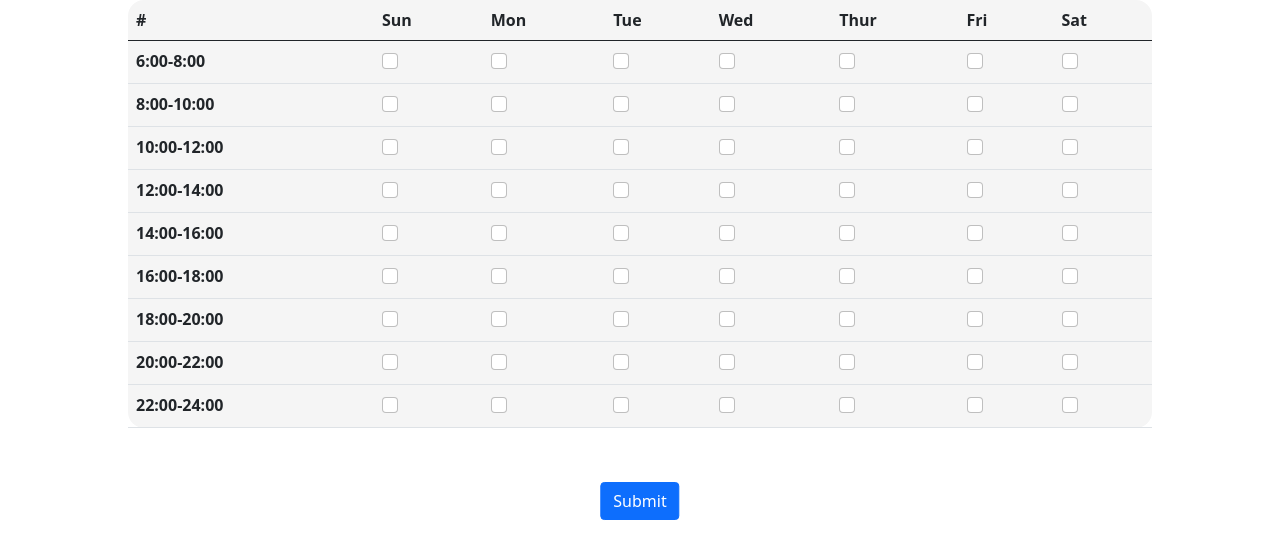
Repository: xich4932/fuxiguanli
Page: index_main.html
These files come from the project's save history. The page is drawn as it stood at one moment and after the next save; the edit follows.
The browser window is 1280 px wide. The pictures show the whole page.

Above is the page before, as saved 2021-06-21 22:07:08.

### index_main.html
<!doctype html>
<html lang="en">
  <head>
    <!-- Required meta tags -->
    <meta charset="utf-8">
    <meta name="viewport" content="width=device-width, initial-scale=1">

    <!-- Bootstrap CSS -->
    <link href="https://cdn.jsdelivr.net/npm/bootstrap@5.0.1/dist/css/bootstrap.min.css" rel="stylesheet" integrity="sha384-+0n0xVW2eSR5OomGNYDnhzAbDsOXxcvSN1TPprVMTNDbiYZCxYbOOl7+AMvyTG2x" crossorigin="anonymous">
    <script src="https://cdnjs.cloudflare.com/ajax/libs/jquery/3.6.0/jquery.min.js" integrity="sha512-894YE6QWD5I59HgZOGReFYm4dnWc1Qt5NtvYSaNcOP+u1T9qYdvdihz0PPSiiqn/+/3e7Jo4EaG7TubfWGUrMQ==" crossorigin="anonymous" referrerpolicy="no-referrer"></script>

    <link rel="stylesheet" href="style.css">
    <title>Hello, world!</title>
  </head>
  <body onload="load_table()">

    <!-- Optional JavaScript; choose one of the two! -->

    <!-- Option 1: Bootstrap Bundle with Popper -->
    <script src="https://cdn.jsdelivr.net/npm/bootstrap@5.0.1/dist/js/bootstrap.bundle.min.js" integrity="sha384-gtEjrD/SeCtmISkJkNUaaKMoLD0//ElJ19smozuHV6z3Iehds+3Ulb9Bn9Plx0x4" crossorigin="anonymous"></script>

    <!-- Option 2: Separate Popper and Bootstrap JS -->
    <!--
    <script src="https://cdn.jsdelivr.net/npm/@popperjs/core@2.9.2/dist/umd/popper.min.js" integrity="sha384-IQsoLXl5PILFhosVNubq5LC7Qb9DXgDA9i+tQ8Zj3iwWAwPtgFTxbJ8NT4GN1R8p" crossorigin="anonymous"></script>
    <script src="https://cdn.jsdelivr.net/npm/bootstrap@5.0.1/dist/js/bootstrap.min.js" integrity="sha384-Atwg2Pkwv9vp0ygtn1JAojH0nYbwNJLPhwyoVbhoPwBhjQPR5VtM2+xf0Uwh9KtT" crossorigin="anonymous"></script>
    -->

    <div id="print_table" class="table_style">
      <table class="table" id = "this_table">
        <thead>
          <tr>
            <th scope="col">#</th>
            <th scope="col">Sun</th>
            <th scope="col">Mon</th>
            <th scope="col">Tue</th>
            <th scope="col">Wed</th>
            <th scope="col">Thur</th>
            <th scope="col">Fri</th>
            <th scope="col">Sat</th>
          </tr>
        </thead>
        <tbody id="table_body">

        </tbody>
        </table>
    </div>
    <!--
    <div>
      <div id="course_table" >
        <table class="table" id = "add_course_table">
          <thead>
            <tr>
              <th scope="col">#</th>
              <th scope="col">Course</th>
              <th scope="col">Final Date</th>
              <th scope="col">Number of Course</th>
            </tr>
          </thead>
          <tbody id="course">

            <tr>
              <th scope="row">1</th>
              <td>
                <input class="form-control" type="text" placeholder="input course name" aria-label="default input example" id="course_0">
              </td>
              <td>
                <input type="date" id="final_0">
              </td>
              <td>
                <input type="number" id="num_0">
              </td>
            </tr>

          </tbody>
          </table>
    </div>
    </div>
    -->

    <div>
      <div >
        <a class="btn btn-primary" href="class_main.html" style="visibility:hidden;" role="button" id="table_next">Next</a>
      </div>
    </div>

    <div class="position-absolute bottom-7 start-50 translate-middle-x">
      <button type="button" class="btn btn-primary" onclick="checking()">Submit</button>
    </div>
    <!--
    <div class="position-absolute bottom- start-50 translate-middle-x">
      <button type="button" class="btn btn-primary" id="addbtn" onclick="add_course()">Add new course</button>

    </div>
    <div class="position-absolute bottom-0 start-50 translate-middle-x">

      <button type="button" class="btn btn-primary" id="crtbtn" onclick="create()">create</button>

      <a class="download hide" id="downloadLink" download="event.ics">⇩ Download</a>

      <a class="btn btn-primary" style="display: none;" href="#" role="button" id="downbtn" download="event.ics" >download</a>
     </div>
    -->
     <script type="text/javascript" src="script.js" defer="true"></script>
  </body>
</html>

### style.css

.vertical-center {
    margin: 0;
    position: absolute;
    top: 50%;
    -ms-transform: translateY(-50%);
    transform: translateY(-50%);
}
/*
.float{
	position:fixed;
	width:60px;
	height:60px;
	bottom:40px;
	right:40px;
	background-color:#0C9;
	color:#FFF;
	border-radius:50px;
	text-align:center;
	box-shadow: 2px 2px 3px #999;
}
*/
.table_style{
	background-color: whitesmoke;
	width: 80%;
	height: 100%;
	margin: auto;
	border-radius: 1pc;
	border-color: teal;
}

### script.js
function load_table(){
    var table = document.getElementById("table_body")
    //table.innerHTML;
    str = ''
    count = 0;
    window_time = ["6:00-8:00", "8:00-10:00", "10:00-12:00", "12:00-14:00", "14:00-16:00", "16:00-18:00", "18:00-20:00", "20:00-22:00", "22:00-24:00"]
    for(r = 0; r < 9; r++){
        str += '<th scope="row">'+window_time[r]+'</th>'
        for(i = 0; i < 7; i++){
            str += '<td><div class="form-check"><input class="form-check-input" type="checkbox" value="" id="check'+count+'"><label class="form-check-label" for="window'+count+'"></label></div></td>'
            count ++
        }
        str += '</tr>'
    }
    //var arr = [1,2,3,4]
    //test.apply(this ,arr)
    //console.log(arr.join())
    table.innerHTML += str
};

var week = []
function checking(){
    for(var f = 0; f < 7; f++){
        var temp_arr = []
        for( i = f; i <63; i+=7 ){
            if(document.getElementById('check' + String(i)).checked == true){
                console.log(i)
                temp_arr.push(i)
            }
        }
        week.push(temp_arr)
    }
    console.log(week)
    document.getElementById("table_next").style.visibility = "visible"
}

var total = 1;
//test
week.push([0])
week.push([5,8])
week.push([])
week.push([])
week.push([])
week.push([])
week.push([])


function add_course(){
    add = document.getElementById("course");
    str = '<tr><th scope="row">'+ (total+1)+'</th><td><input class="form-control" type="text" placeholder="input course name" aria-label="default input example" id="course_'+total+'"></td><td><input type="date" id="final_'+total+'"></td><td><input type="number" id="num_'+total+'"></td></tr>'
    total += 1
    $('#add_course_table tr:last').after(str);
}

function printing(){
    console.log(document.getElementById('final_date1').value)
    console.log(document.getElementById('num_course1').value)
    console.log(document.getElementById('course_1').value)

}

function calLastDay(month, year){
    if(month == 1 || month == 3 || month == 5 || month == 7 || month == 8 || month == 10 | month == 12 ){
        return 31;
    }else if(month == 4 || month == 6 || month == 9 || month == 11){
        return 30;
    }else{
        if(year % 4) return 28;
        if(!(year % 4) && year % 100) return 29;
        if(year % 100 && !(year % 400)) return 28
        else return 29
    }
}


var final_arr=[]; // final date
var course_arr = []; //course name
var num_arr = [] //number of topic of final for review
var time_start = []//start day of
var time_end = []//
var exclude_final = [] // exclude from review days
var exclude_str = "" //for RRULE
var icsFile = null;
var event_str = ""
var until = []
var window_start = ""
var window_end = ""
var window_str = ""

function create() {
    for(var i = 0; i < total; i++){
        final_arr.push(document.getElementById("final_"+String(i)).value)
        num_arr.push(document.getElementById("num_"+String(i)).value)
        course_arr.push(document.getElementById("course_"+String(i)).value)
    }
   console.log(final_arr.join())
   console.log(course_arr.join())
   console.log(num_arr.join())
    total *= 2;
    for(var i = 0; i < total; i+=2){
        var day_before = final_arr[i].substring(0, 8)
        var day = final_arr[i].substring(8,10) - 1
        if(parseInt(final_arr[i].substring(8,10)) == 1){
            var temp_day_before = day_before
            var day_before = final_arr[i].substring(5,7) - 1
            day = calLastDay(parseInt(final_arr[i].substring(5,7))-1 ,parseInt(final_arr[i].substring(0,4)))
            if(day_before < 10){
                day_before = temp_day_before.substring(0, 5) + '0' + String(day_before) + '-'
            }
        }else{
            if(day < 10){
                day = '0' + String(day)
            }else{
                day = final_arr[i].substring(8,10) - 1
            }
        }
        final_arr.splice(i, 0, day_before + day)
        //console.log(final_arr.join())
    }
    //total /= 2
    console.log(final_arr.join())
    //total *= 2
    final_rearrange()
    ret_window()
    review_windows()
    automator()
   createEvent()
   //makeIcsFile()
   var ready = document.getElementById("downbtn")
   ready.href = makeIcsFile()
   document.getElementById("downbtn").style.visibility = "visible"
}
/*
function exdate_working(){
    var temp_size = total / 2
    for(var t =0; t < total; t+=2){
        var str = ""
        str = String(final_arr[t].substring(0,4)) + String(final_arr[t].substring(5,7)) + String(final_arr[t].substring(8)) + 'T' + "000000"
        time_start.push(str)
        console.log("im in func")
    }
}
 */
/*
function time_to_start(){
   // console.log(final_arr.join())
    for(var t =0; t < total; t+=2){
        var str = ""
        str = String(final_arr[t].substring(0,4)) + String(final_arr[t].substring(5,7)) + String(final_arr[t].substring(8)) + 'T' + "000000"
        time_start.push(str)
        console.log("im in func")
    }
    //console.log(time_start.join())
}

function time_to_end(){
    //console.log(final_arr.join())
    for(var t =1; t <= total; t+=2){
        var str = ""
        str = String(final_arr[t].substring(0,4)) + String(final_arr[t].substring(5,7)) + String(final_arr[t].substring(8)) + 'T' + "235959"
        time_end.push(str)
        console.log("im in fund")
    }
}
 */

/*

 */
function final_rearrange(){
    for(var t =0; t < total ; t++){
        var temp_str = String(final_arr[t].substring(0,4)) + String(final_arr[t].substring(5,7)) + String(final_arr[t].substring(8)) + 'T' + "000000"
        if(t % 2){
            final_arr.push(temp_str)
        }
        exclude_str += temp_str
        exclude_str +=    ','
    }
    //console.log(str)
    //console.log(final_formatted.join())
}
/*
 *  store the time of windows
 *
 */
function ret_window(num){
    if(num / 7 == 0){
        window_start = "060000"
        window_end = "080000"
    }else if(num / 7 == 1){
        window_start = "080000"
        window_end = "100000"
    }else if(num / 7 == 2){
        window_start = "100000"
        window_end = "120000"
    }else if(num / 7 == 3){
        window_start = "120000"
        window_end = "140000"
    }else if(num / 7 == 4){
        window_start = "140000"
        window_end = "160000"
    }else if(num / 7 == 5){
        window_start = "160000"
        window_end = "180000"
    }else if(num / 7 == 6){
        window_start = "180000"
        window_end = "200000"
    }else if(num / 7 == 7){
        window_start = "200000"
        window_end = "220000"
    }else if(num / 7 == 8){
        window_start = "220000"
        window_end = "240000"
    }
}

function review_windows(){
    var today = new Date()
    for(var d = 0; d < total; d++){
        //window_str =
        time_start.push(String(today.getFullYear()) + String(today.getMonth()+1) + String(today.getDate()) + "T" + window_start)
        time_end.push(String(today.getFullYear()) + String(today.getMonth()+1) + String(today.getDate()) + "T" + window_end)
    }
}

/*
the final day and the days before final is reserved
*/
//var week = []
function calNextDay(month, year, day){
    if(month == 1 || month == 3 || month == 5 || month == 7 || month == 8 || month == 10 | month == 12 ){
        if(day + 1 > 31) return 1;
      //  else return day + 1;
    }else if(month == 4 || month == 6 || month == 9 || month == 11){
        if(day + 1 > 30) return 1;
     //   else return day + 1;
    }else{
        if(year % 4){
            if(day + 1 > 28) return 1;
          //  else return day + 1;
        } //return 28;
        if(!(year % 4) && year % 100){
            if(day + 1 > 29) return 1;
          //  else return day + 1;
        } //return 29; //leap month
        if(year % 100 && !(year % 400)){
            if(day + 1 > 28) return 1;
          //  else return day + 1;
        } //return 28
        else{
            if(day + 1 > 29) return 1;
          //  else return day + 1;
        } //return 29 //leap month
    }
    return day + 1
}



function automator(){
    var today = new Date()
    var sizer = total / 2;
    var temp_event
    console.log(today.getFullYear(), today.getMonth() +1, today.getDate())
    //document.getElementById("")
    time_start = String(today.getFullYear()) + String(today.getMonth()+1) + String(today.getDate()) + 'T000000'
    var weekday = translate_week((today.getDay() + 1) % 7 )
    for(var g = 0; g < sizer; g++){
        event_str += createEvent(course_arr[g], time_start[g], time_end[g] ,  until[g], translate_week(today.getDay()%7) )
    }
}


//return day in code
function translate_week(temp_week){
    switch (temp_week){
        case 0:
            return "SU"
            break;
        case 1:
            return "MO"
            break;
        case 2:
            return "TU"
            break;
        case 3:
            return "WE"
            break;
        case 0:
            return "TH"
            break;
        case 1:
            return "FR"
            break;
        case 2:
            return "SA"
            break;
        default:
            return "MO"
            break;
    }

}


//writing ICS rule

function createEvent(event_name, start_time, end_time, get_until, r_week) {
    for(var i = 0; i < time_start.length; i++){
       event_str += "BEGIN:VEVENT\n" +
       "UID:" +
       Math.random().toString(36).substring(2) +
       "\n" +
       "TZID:Asia/Shanghai\n" +
       "DTSTART;VALUE=DATE:" +
       //time_start[i] +
       "\n" +
       "DTEND;VALUE=DATE:" +
      // time_end[i] +
       "\n" +
       "SUMMARY:" +
      // course_arr[i] +
       "\n" +
       "DESCRIPTION:" +
       "review for "+ course_arr[i] +
       "\n" +
       "BEGIN:VALARM\n" +
       "TRIGGER:-PT10M\n" +
       "ACTION:DISPLAY" +
       "RRULE: FREQ=WEEKLY; WKST=SUN; BYDAY= " + r_week + "EXDATE="+ exclude_str +
       "\n" +
       "END:VEVENT\n";
    }
    return event_str
}

function makeIcsFile(date, summary, description) {
    //event_str =
    //console.log("eventstr: ", event_str)
    var test =
      "BEGIN:VCALENDAR\n" +
      "CALSCALE:GREGORIAN\n" +
      "METHOD:PUBLISH\n" +
      "PRODID:-//Test Cal//EN\n" +
      "VERSION:2.0\n";
     // console.log(event_str)
      test += event_str;

      test += "END:VCALENDAR";
    ///console.log(test)
    var data = new File([test], { type: "text/plain" });

    // If we are replacing a previously generated file we need to
    // manually revoke the object URL to avoid memory leaks.
    if (icsFile !== null) {
      window.URL.revokeObjectURL(icsFile);
    }

    icsFile = window.URL.createObjectURL(data);

    return icsFile;
}

After the next save:
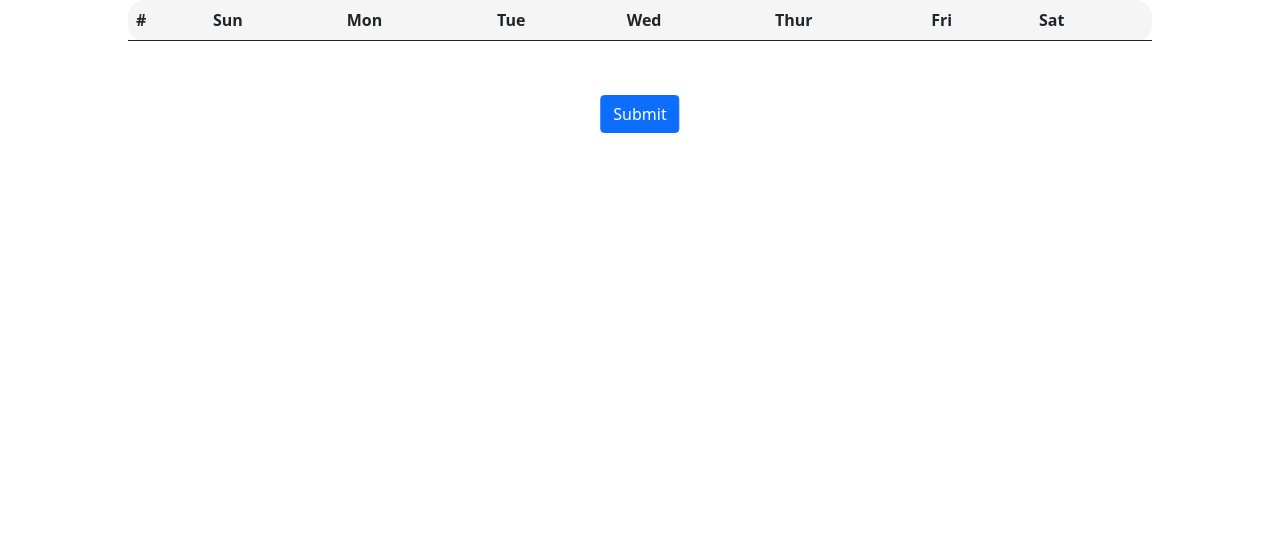
Console error: SyntaxError: Unexpected token ')'
Saved 20 min 3 s later.
--- a/script.js
+++ b/script.js
@@ -59,16 +59,25 @@
 
 }
 
-function calLastDay(month, year){
-    if(month == 1 || month == 3 || month == 5 || month == 7 || month == 8 || month == 10 | month == 12 ){
-        return 31;
-    }else if(month == 4 || month == 6 || month == 9 || month == 11){
-        return 30;
+function cal_day(day, month, year){
+    if(day != 1){
+        day -= 1
+        if(day < 10){
+            return String(year)+String(month)+'0'+String(day)
+        }else{
+            return String(year)+String(month)+String(day)
+        }
     }else{
-        if(year % 4) return 28;
-        if(!(year % 4) && year % 100) return 29;
-        if(year % 100 && !(year % 400)) return 28
-        else return 29
+        if(month == 1 || month == 2 || month == 4 || month == 6 || month == 8 || month == 9 || month == 11){
+            month = (month - 1)%12
+            return String(year) + String(month) + "31"
+        }else if(month == 3){
+            month = 2;
+            if()
+        }else{
+            month = (month - 1)%12
+            return String(year) + String(month) + "30"
+        }
     }
 }
 
@@ -86,6 +95,8 @@
 var window_start = ""
 var window_end = ""
 var window_str = ""
+var before_final = []
+//var final = []
 
 function create() {
     for(var i = 0; i < total; i++){
@@ -98,24 +109,7 @@
    console.log(num_arr.join())
     total *= 2;
     for(var i = 0; i < total; i+=2){
-        var day_before = final_arr[i].substring(0, 8)
-        var day = final_arr[i].substring(8,10) - 1
-        if(parseInt(final_arr[i].substring(8,10)) == 1){
-            var temp_day_before = day_before
-            var day_before = final_arr[i].substring(5,7) - 1
-            day = calLastDay(parseInt(final_arr[i].substring(5,7))-1 ,parseInt(final_arr[i].substring(0,4)))
-            if(day_before < 10){
-                day_before = temp_day_before.substring(0, 5) + '0' + String(day_before) + '-'
-            }
-        }else{
-            if(day < 10){
-                day = '0' + String(day)
-            }else{
-                day = final_arr[i].substring(8,10) - 1
-            }
-        }
-        final_arr.splice(i, 0, day_before + day)
-        //console.log(final_arr.join())
+
     }
     //total /= 2
     console.log(final_arr.join())

After the save that followed:
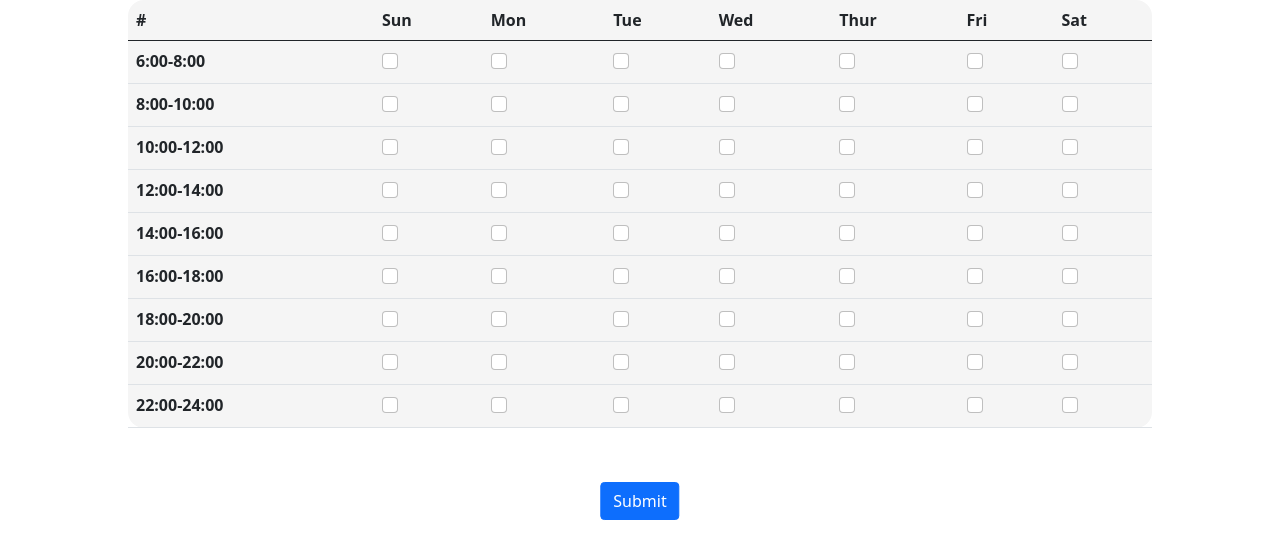
The error is gone.
Saved 4 min 11 s later.
--- a/script.js
+++ b/script.js
@@ -59,6 +59,8 @@
 
 }
 
+
+//the day before final is reserved, thus function need to find the actual day of before_fianl
 function cal_day(day, month, year){
     if(day != 1){
         day -= 1
@@ -68,18 +70,27 @@
             return String(year)+String(month)+String(day)
         }
     }else{
+        //month - 1 which is end with 31
         if(month == 1 || month == 2 || month == 4 || month == 6 || month == 8 || month == 9 || month == 11){
             month = (month - 1)%12
             return String(year) + String(month) + "31"
-        }else if(month == 3){
+        }else if(month == 3){//month - 1 is Feb, we need to check whether is leap year
             month = 2;
-            if()
+            if(((year % 4 == 0) && (year % 100 != 0)) || (year % 400 == 0)){
+                day = 29
+            }else{
+                day = 28
+            }
+            return String(year) + String(month) + String(day)
         }else{
+            //month - 1 which is end with 30
             month = (month - 1)%12
             return String(year) + String(month) + "30"
         }
     }
 }
+
+cal_day(21,2,1999)
 
 
 var final_arr=[]; // final date
